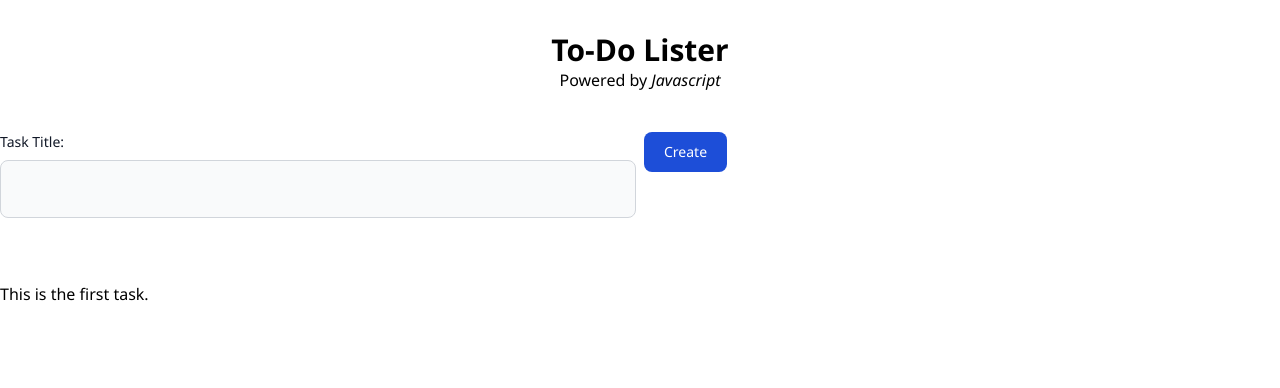
Repository: vxyux/to-do-lister
Page: index.html
An editor plug-in stored every save of this project. The page is shown before and after the next save, followed by the edit.
The browser window is 1280 px wide. The pictures show the whole page.
Some web libraries are served in a nearby version.

Above is the page before, as saved 2023-09-04 15:33:08.

After the next save:
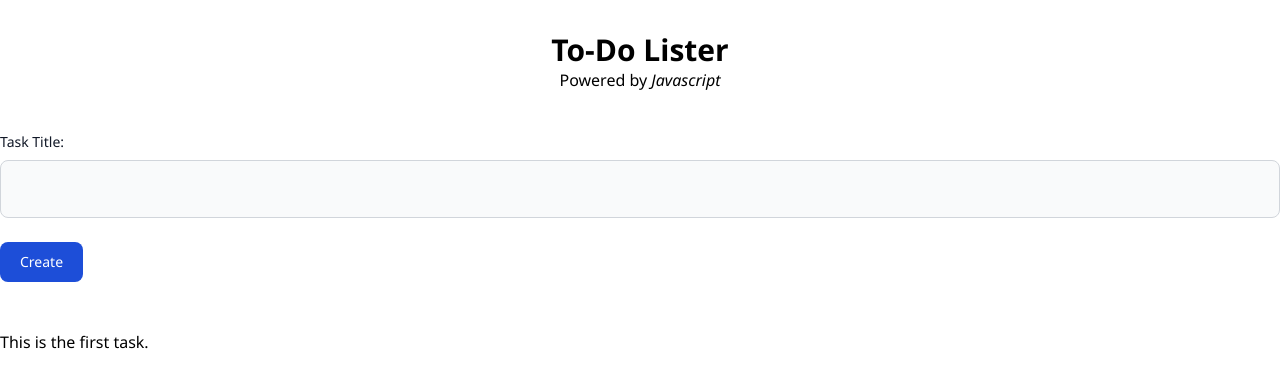
Saved 9 s later.
--- a/index.html
+++ b/index.html
@@ -20,22 +20,17 @@
 
     <div class="inputFields mt-10">
 
-      <div class="grid gap-2 mb-6 md:grid-cols-2">
-
-        <div class="mb-6">
-          <label for="userInput" class="block mb-2 text-sm font-medium text-gray-900 dark:text-white">
-            Task Title:
-          </label>
-          <input type="text" id="userInput" class="block w-full p-4 text-gray-900 border border-gray-300 rounded-lg bg-gray-50 sm:text-md focus:ring-blue-500 focus:border-blue-500 dark:bg-gray-700 dark:border-gray-600 dark:placeholder-gray-400 dark:text-white dark:focus:ring-blue-500 dark:focus:border-blue-500">
-        </div>
-
-        <span onclick="newTask()">
-          <button type="submit" class="text-white bg-blue-700 hover:bg-blue-800 focus:ring-4 focus:ring-blue-300 font-medium rounded-lg text-sm px-5 py-2.5 mr-2 mb-2 dark:bg-blue-600 dark:hover:bg-blue-700 focus:outline-none dark:focus:ring-blue-800">
-            Create
-          </button>
-        </span>
-
+      <div class="mb-6">
+        <label for="userInput" class="block mb-2 text-sm font-medium text-gray-900 dark:text-white">
+          Task Title:
+        </label>
+        <input type="text" id="userInput" class="block w-full p-4 text-gray-900 border border-gray-300 rounded-lg bg-gray-50 sm:text-md focus:ring-blue-500 focus:border-blue-500 dark:bg-gray-700 dark:border-gray-600 dark:placeholder-gray-400 dark:text-white dark:focus:ring-blue-500 dark:focus:border-blue-500">
       </div>
+      <span onclick="newTask()">
+        <button type="submit" class="text-white bg-blue-700 hover:bg-blue-800 focus:ring-4 focus:ring-blue-300 font-medium rounded-lg text-sm px-5 py-2.5 mr-2 mb-2 dark:bg-blue-600 dark:hover:bg-blue-700 focus:outline-none dark:focus:ring-blue-800">
+          Create
+        </button>
+      </span>
 
     </div>
 
